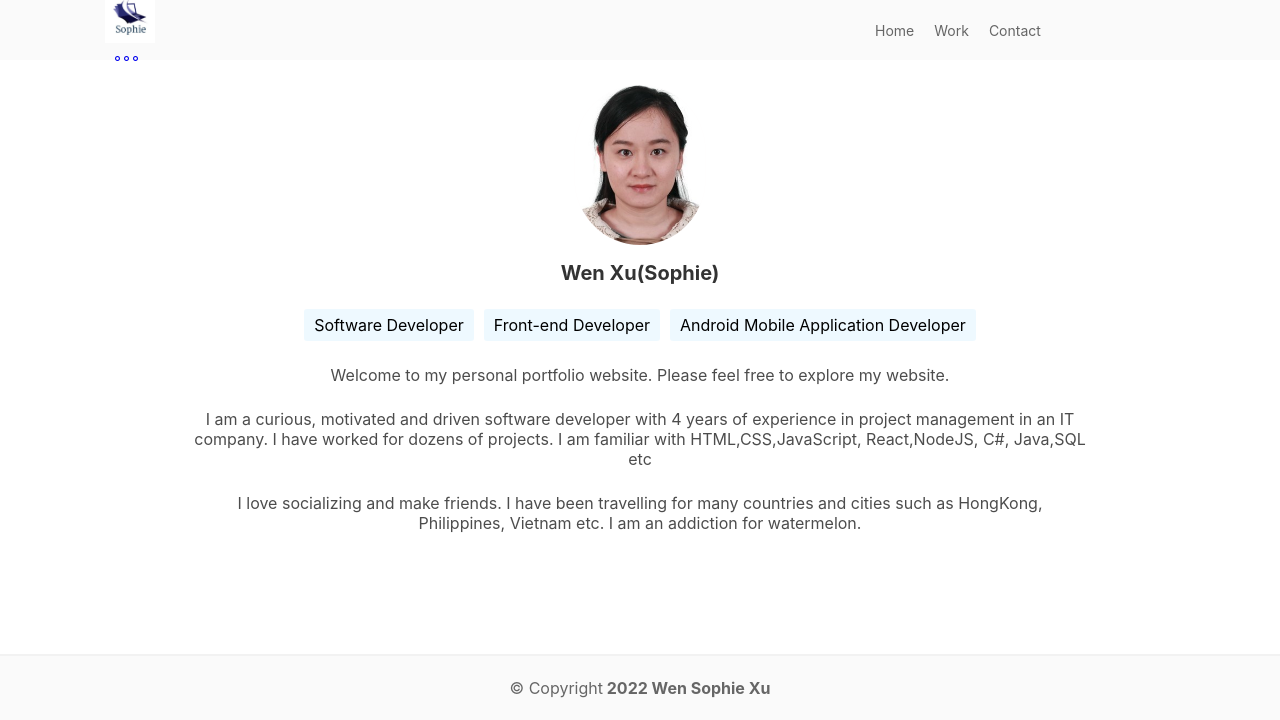
Repository: wenxi0504/myResume_app
Page: /
These files come from the project's save history. The page is drawn as it stood at one moment and after the next save; the edit follows.
The browser window is 1280 px wide. The pictures show the whole page.
The project was rebuilt for these pictures with package versions that can differ from the ones it lists, and the page was loaded fresh each time. Also part of the build but not shown: src/pages/WorkPage/works.module.scss, src/components/WorkLists/work.module.scss, src/components/WorkLists/index.js, src/pages/WorkPage/index.js, src/pages/WorkPageDetail/index.js, src/pages/Contact/index.js.

Above is the page before, as saved 2022-01-04 01:19:05.

### src/index.js
import React from 'react';
import ReactDOM from 'react-dom';
import './index.css';
import App from './pages/App';
import reportWebVitals from './reportWebVitals';
import { BrowserRouter as Router} from 'react-router-dom'



ReactDOM.render(
  <Router>
    <App />
  </Router>,
  document.getElementById('root')
);

// If you want to start measuring performance in your app, pass a function
// to log results (for example: reportWebVitals(console.log))
// or send to an analytics endpoint. Learn more: https://bit.ly/CRA-vitals
reportWebVitals();

### src/index.css
body {
  margin: 0;
  padding: 0;
  font-family: -apple-system, BlinkMacSystemFont, "Segoe UI", "Roboto", "Oxygen",
    "Ubuntu", "Cantarell", "Fira Sans", "Droid Sans", "Helvetica Neue",
    sans-serif;
  -webkit-font-smoothing: antialiased;
  -moz-osx-font-smoothing: grayscale;
}

code {
  font-family: source-code-pro, Menlo, Monaco, Consolas, "Courier New",
    monospace;
}


body, h1, h2, h3, h4, h5, h6, hr, p, blockquote, dl, dt, dd, ul, ol, li, pre, form, fieldset, legend, button, input, textarea, th, td {
  margin:0; padding:0;
}
body, button, input, select, textarea {
  font:12px/1.5tahoma, arial, \5b8b\4f53;
}
h1, h2, h3, h4, h5, h6{
  font-size:100%;
  color:rgb(51, 51, 51);
}
address, cite, dfn, em, var {
  font-style:normal;
}
code, kbd, pre, samp {
  font-family:couriernew, courier, monospace;
}
small{
  font-size:12px;
}
ul, ol {
  list-style:none;

}

a {
  text-decoration:none;
}

sup {
  vertical-align:text-top;
}
sub{
  vertical-align:text-bottom;
}
legend {
  color:#000;
}
fieldset, img {
  border:0;
}
button, input, select, textarea {
  font-size:100%;
}
table {
  border-collapse:collapse; border-spacing:0;
}


html,body,#root{
   width: 100%;
   height: 100%;
}

code {
  font-family: source-code-pro, Menlo, Monaco, Consolas, "Courier New",
    monospace;
}

### src/pages/App.js
import logo from "./logo.svg";
import styles from "./App.module.scss";
import { Link, Routes, Route } from "react-router-dom";
import HomePage from "./HomePage";
import WorkPage from "./WorkPage";
import WorkPageDetail from "./WorkPageDetail";
import Contact from "./Contact";
function App() {
  //get value of location

  return (
    <div className={styles.App}>
      {/*Header*/}
      <header className={styles.header}>
        <div className={styles.box}>
          <Link to="/">
            <div className={styles.boxleft}>
              <img src={require("../../src/assets/images/logo.jpg")} alt="sophie"/>
            </div>
          </Link>
          <div className={styles.boxright}>
            <Link to="/">
              <p>Home</p>
            </Link>
            <Link to="/works">
              <p>Work</p>
            </Link>
            <Link to="/contact">
              <p>Contact</p>
            </Link>
          </div>
        </div>
      </header>

      {/* Content */}
      <section className={styles.content}>
        <div>
          <Routes>
            <Route path="/" exact element={<HomePage />} />
            <Route path="/works" exact element={<WorkPage />} />
            <Route path="/works/:id" exact element={<WorkPageDetail />} />
            <Route path="/contact" exact element={<Contact />} />
          </Routes>
        </div>
      </section>

      {/*footer*/}
      <footer className={styles.footer}>
        <p>
          © Copyright<b> 2022 Wen Sophie Xu</b>
        </p>
      </footer>
    </div>
  );
}

export default App;

### src/pages/App.module.scss
.App {
  display: flex;
  min-height: 100vh;
  flex-direction: column;
  .content {
    flex: 1;
    text-align: center;
  }
  .header {
    background-color: rgb(250, 250, 250);
    height: 60px;
    .selected {
      color: #333 !important;
      padding-bottom: 5px;
      border-bottom: 1.5px solid #333;
    }
    .box {
      width: 70%;
      height: 100%;

      display: flex;
      align-items: center;
      justify-content: space-between;
      a:hover {
        text-decoration: none;
      }
      .boxleft {
        img{
          width:50px;
          height:50px;
          object-fit:cover;
        }
        padding: 0px 5px 0px 100px;
        margin: 0px 5px;
      }
      .boxleft::after {
        content: "◦◦◦";
        margin-left: 0.5em;
      }

      .boxright {
        display: inline-flex;
        justify-content: flex-start;
        padding: 0px 5px 0px 100px;
        margin: 0px 5px 0px 600px;
        p {
          margin: 0px 10px;
          font-size: 14px;
          color: rgb(102, 102, 102);
        }
      }
      div {
        cursor: pointer;
      }
    }
  }
  .footer {
    text-align: center;
    padding: 20px 0px;
    margin-top: 10px;;
    color: rgb(102, 102, 102);
    background: #fafafa;
    border-top: 2px solid #f2f2f2;
    p {
      padding: 2px 0px;
    }
  }
}

### src/pages/HomePage/index.js
// eslint-disable-next-line no-unused-vars
import React, { Component } from 'react';
import styles from'./home.module.scss'


// eslint-disable-next-line import/no-anonymous-default-export
export default () => {
    return <div className={styles.wrap}>
        {/* Personal Info*/}
       <section className={styles.brief}>

       <img className={styles.backgroundColor} src={require("../../assets/images/wenxuReact2.jpg")} alt="sophie"/>
       <h2>Wen Xu(Sophie)</h2>

       <ul>
          <li>Software Developer</li>
          <li>Front-end Developer</li>
          <li>Android Mobile Application Developer</li>
       </ul>
       <p>Welcome to my personal portfolio website. Please feel free to explore my website.</p>
       <p>I am a curious, motivated and driven software developer with 4 years of experience in project management in an IT company. I have worked for dozens of projects. I am familiar with HTML,CSS,JavaScript, React,NodeJS, C#, Java,SQL etc </p>
       <p>I love socializing and make friends. I have been travelling for many countries and cities such as HongKong, Philippines, Vietnam etc. I am an addiction for watermelon. </p>
       </section>

        </div>
}

### src/pages/HomePage/home.module.scss

    .wrap{
        flex: 1;
        width: 70%;
        margin: 5px auto;
        .brief{
           text-align: center;


            h2{
              padding: 12px 0px;
              font-size: 20px;
            }

            img{

               width: 130px;
               height: 160px;
               border-radius: 150px;
               margin-top: 20px;
               box-shadow:0px 0px 2px 0px rgb(253, 251, 251)

            }
            img:hover{
                box-shadow: 0px 0px 15px 3px rgb(246, 239, 233)
            }



           ul{
            display: flex;
            justify-content: center;
             li{
                padding: 6px 10px;
                background: rgba(87, 199, 255, 0.1);
                margin: 12px 5px;
                border-radius: 3px;
             }
           }

           p{
            padding: 12px 0px;
            color: rgba(0, 0, 0, 0.7);
          }
        }

        .work{
            text-align: center;
            padding-top: 40px;
            padding-bottom: 25px;
            .title{
              h3{
                font-size: 30px;
                padding-bottom: 12px;
                color: rgba(0,0,0,.8);
                font-weight: 400;
              }
              p{
                color: rgba(0, 0, 0, 0.7);
              }
            }

    }
}

Loaded but not shown: public/index.html (common file); src/reportWebVitals.js (common file)

After the next save:
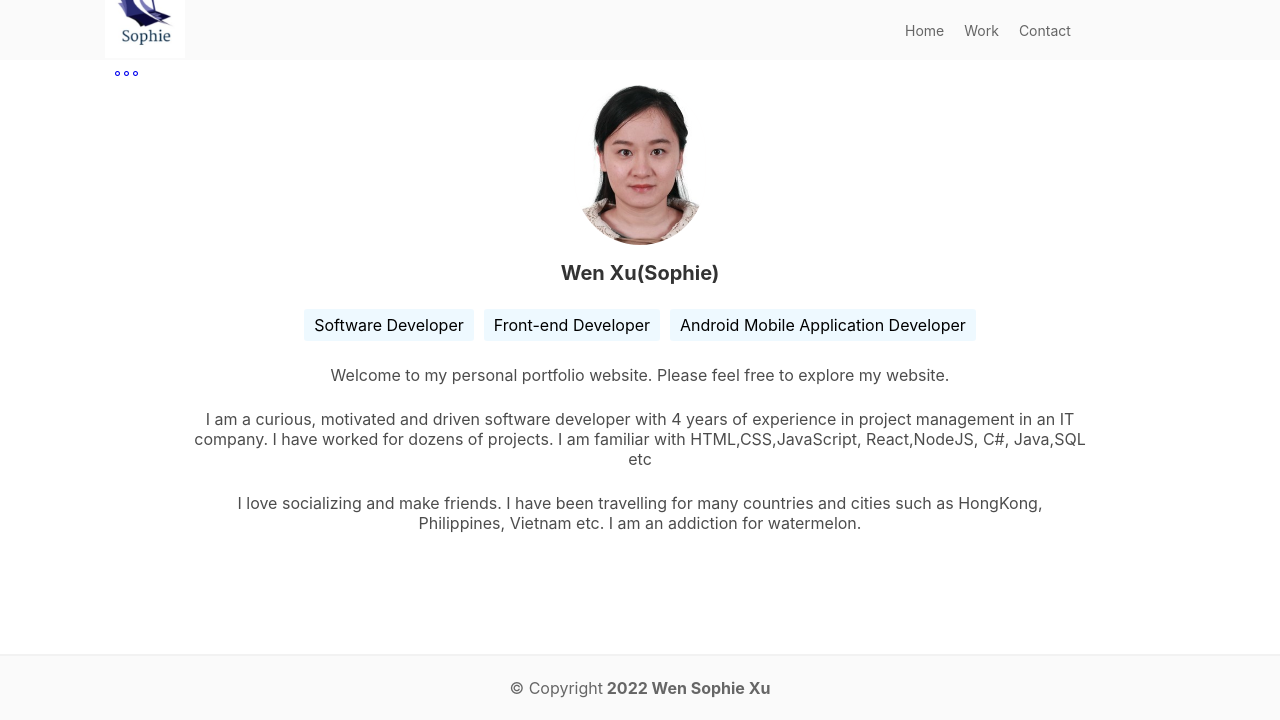
Saved 49 s later.
--- a/src/pages/App.module.scss
+++ b/src/pages/App.module.scss
@@ -26,8 +26,8 @@
       }
       .boxleft {
         img{
-          width:50px;
-          height:50px;
+          width:80px;
+          height:80px;
           object-fit:cover;
         }
         padding: 0px 5px 0px 100px;
